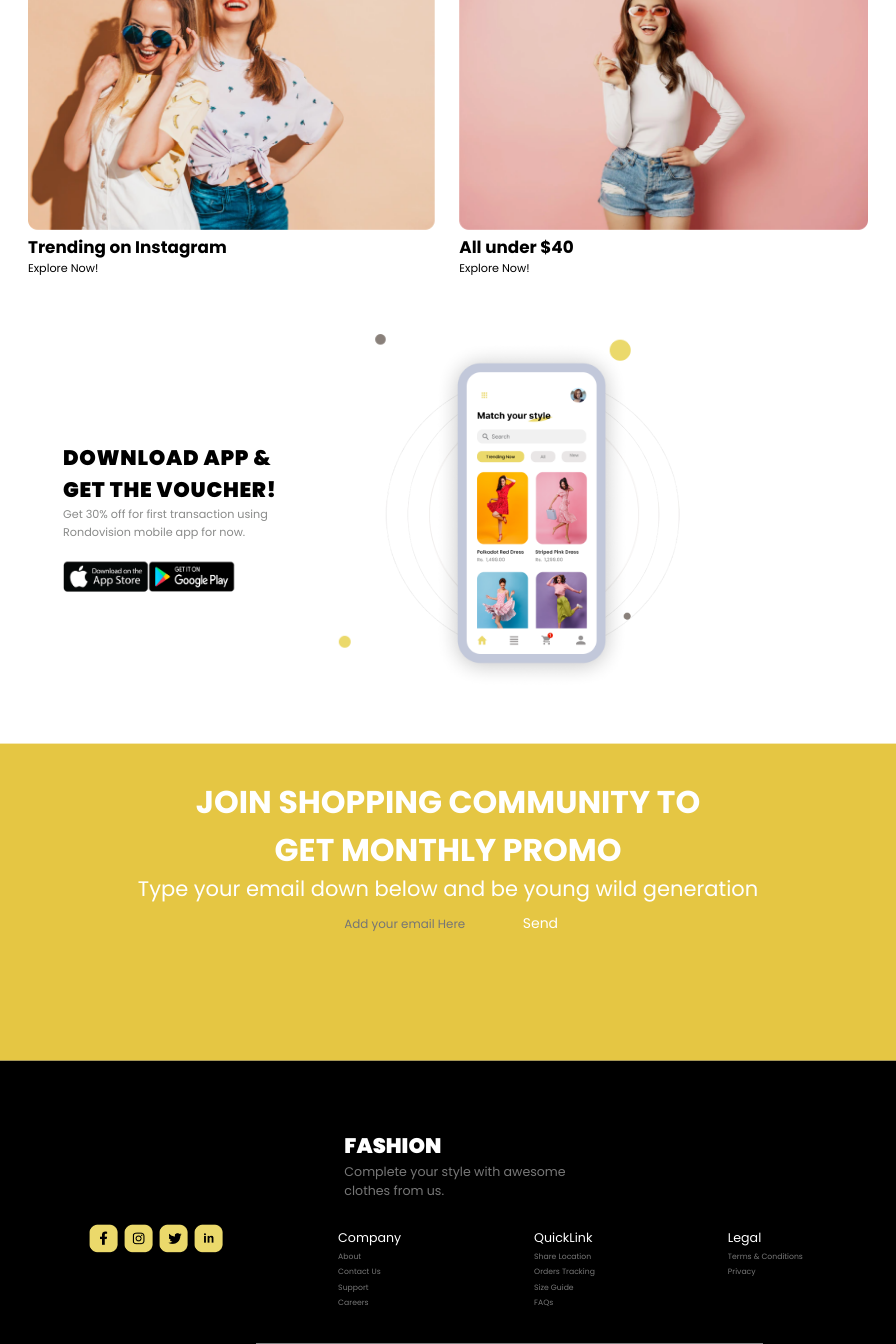
Repository: isaacCodes1/FashionWebsite
Page: index.html
The author's editor kept a copy of each file at every save. The page is drawn from the files as they stood at one save, then again after a run of saves.
The browser window is 1280 px wide. The pictures show the part of the page from y = 2505 to 4425 px (the page is 4425 px tall), at 70% of full size.

Above is the page before, as saved 2024-03-14 10:39:03.

After the next 3 saves:
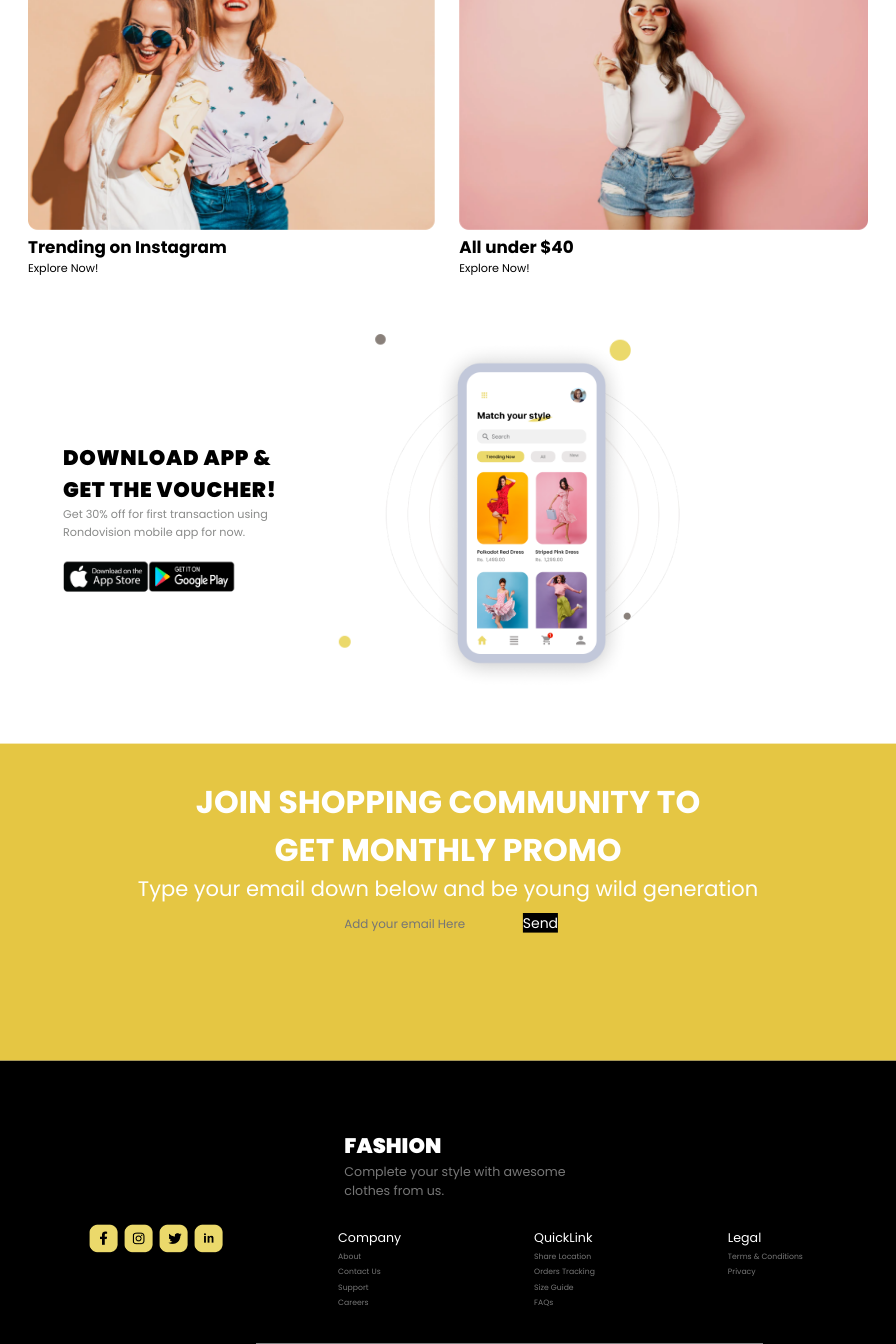
The 3 saves are shown as one change because they came seconds apart.
The last was saved 9 s later.
--- a/style.css
+++ b/style.css
@@ -492,7 +492,7 @@
   font-size: 20px;
   text-decoration: 0;
   color: #fff;
-  bac
+  background: #000;
 }
 .footDiv {
   background: #000;
